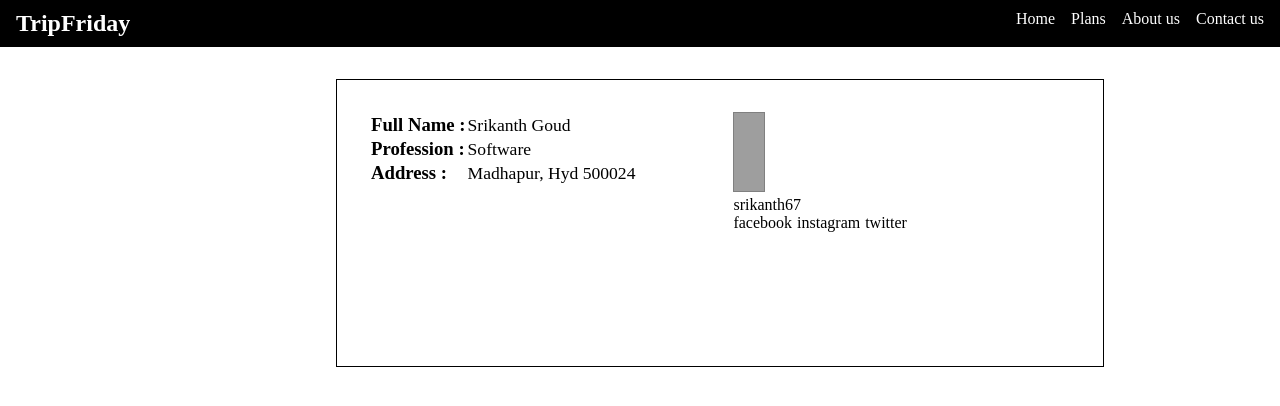
Repository: suraj-yadav7/userprofile
Page: /userdetails
The author's editor kept a copy of each file at every save. The page is drawn from the files as they stood at one save, then again after the next save.
The browser window is 1280 px wide. The pictures show the whole page.
Pictures or frames that could not be fetched are drawn as grey boxes. The project was rebuilt for these pictures with package versions that can differ from the ones it lists, and the page was loaded fresh each time. Also part of the build but not shown: src/components/UserProfile.jsx.

Above is the page before, as saved 2023-05-04 11:52:13.

### src/App.js
import './App.scss';
import UserProfile from './components/UserProfile';
import UserDetails from './components/UserDetails';
import { BrowserRouter as Router, Routes, Route } from 'react-router-dom';
import Header from './components/Header';


function App() {
  return (
    <>
    <Router>
      <Header />
      <Routes>
        <Route exact path='/' element={<UserProfile/>} />
        <Route exact path='/userdetails' element={<UserDetails/> } />
      </Routes>
    </Router>
    </>
  );
}

export default App;

### src/App.scss
*{
padding: 0;
margin: 0;
box-sizing: border-box;
}
nav{
    display: flex;
    justify-content:space-between;
    padding: 10px 1rem;
    background-color: black;
    color: white;
    >div>ul{
        display: flex;
        list-style: none;
        gap: 1rem;
    }
}

### src/components/UserDetails.jsx
import React from 'react'
import "../assests/userDetails.scss"
import usericon from"../assests/usericon.jpg"

const UserDetails = () => {
  return (
  <>
 <div className='details'>
  <div className='sub1'>
<table>
  <tr>
    <td><h3>Full Name :  </h3></td>
    <td><p> Srikanth Goud</p> </td>
  </tr>
  <tr>
    <td><h3>Profession :  </h3></td>
    <td><p> Software </p> </td>
  </tr>
  <tr>
    <td><h3>Address :</h3></td>
    <td><p>Madhapur, Hyd 500024</p> </td>
  </tr>
</table>

  </div>
  <div className='sub2'>
    <img src="#" alt="userimage"></img>
    <p>srikanth67</p>
    <div className='socialMedia'>
      <p>facebook</p>
      <p>instagram</p>
      <p>twitter</p>
    </div>
  </div>
 </div>
  </>
  )
}

export default UserDetails

### src/components/Header.jsx
import React from 'react'

const Header = () => {
  return (
  <>
  <nav>
<h1>TripFriday</h1>
<div>
    <ul>
        <li>Home</li>
        <li>Plans</li>
        <li>About us</li>
        <li>Contact us</li>
    </ul>
</div>
</nav>
  </>
  )
}

export default Header

### src/assests/userProfile.scss
@import "./color.scss";

nav{
    display: flex;
    justify-content:space-between;
    padding: 10px 1rem;
    background-color: black;
    color: white;
    >div>ul{
        display: flex;
        list-style: none;
        gap: 1rem;
    }
}

### src/assests/userDetails.scss
@import "./color.scss";

.details{
    display: flex;
    gap: 6rem;
    border: 1px solid black;
    width: 60vw;
    height: 40vh;
    padding: 2rem;
    margin: 2rem 21rem;
    // justify-content: center;
    // align-items: center;
    >.sub1 p{
        font-size: 1.1rem;

    }

    >.sub2 {
    >img{
        width: 2rem;
        height: 5rem;
        border: 1px solid grey;
    }

    >div{
        display: flex;
        gap: 5px;
        align-items: center;
    }
}
}

### src/assests/color.scss
$primary-color: #0f171e;
$secondary-color: #1a242f;
$font-primary:#ffff;
$font-secondary: #79b8f3;

Loaded but not shown: public/index.html (common file); src/index.js (common file)

After the next save:
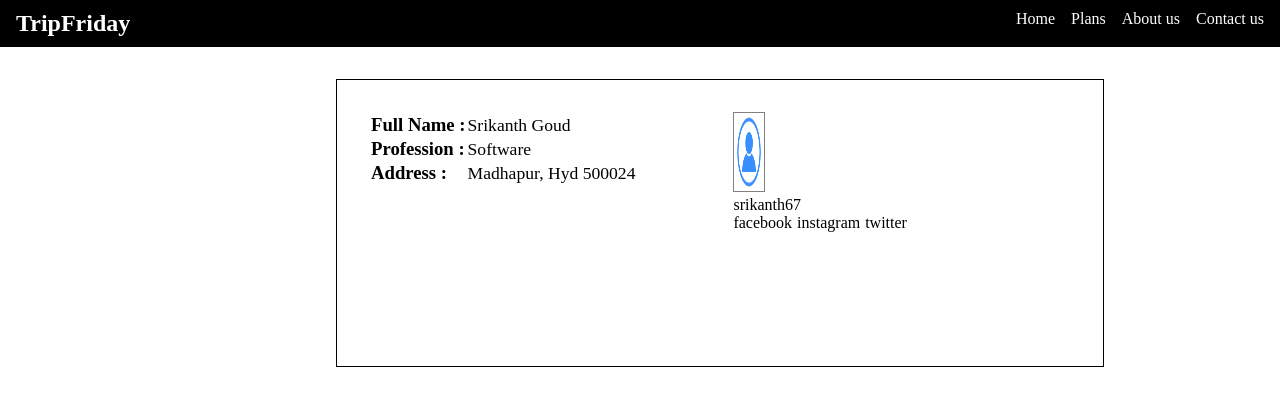
Saved 8 s later.
--- a/src/components/UserDetails.jsx
+++ b/src/components/UserDetails.jsx
@@ -24,7 +24,7 @@ const UserDetails = () => {
 
   </div>
   <div className='sub2'>
-    <img src="#" alt="userimage"></img>
+    <img src={usericon} alt="userimage"></img>
     <p>srikanth67</p>
     <div className='socialMedia'>
       <p>facebook</p>
